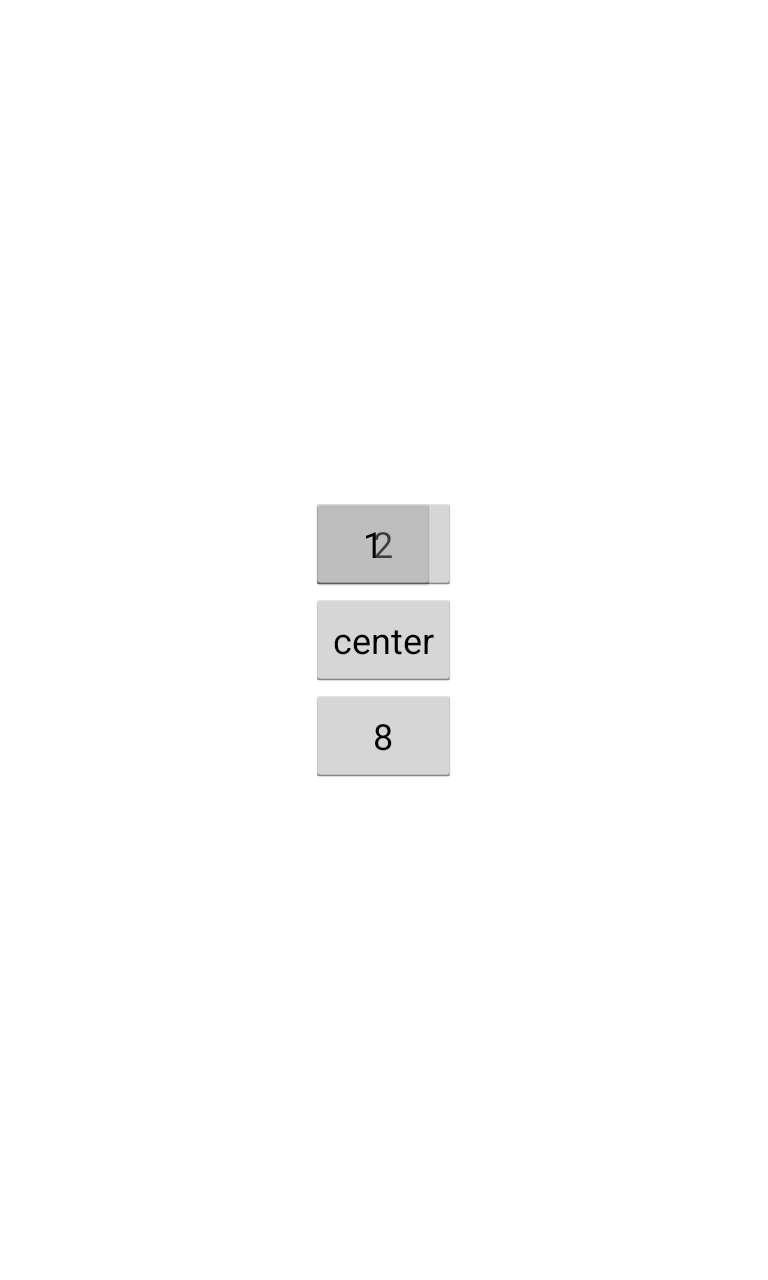
Repository: qwer2714856/Android_learn
Layout: relativeLayoutDeom/res/layout/activity_main.xml
The author's editor kept a copy of each file at every save. The layout is drawn from the files as they stood at one save, then again after the next save.
It is drawn on a 768 x 1280 px phone screen (xhdpi) without system bars, with theme AppTheme; the app's code is not run.

Above is the layout before, as saved 2015-09-29 03:50:23.

After the next save:
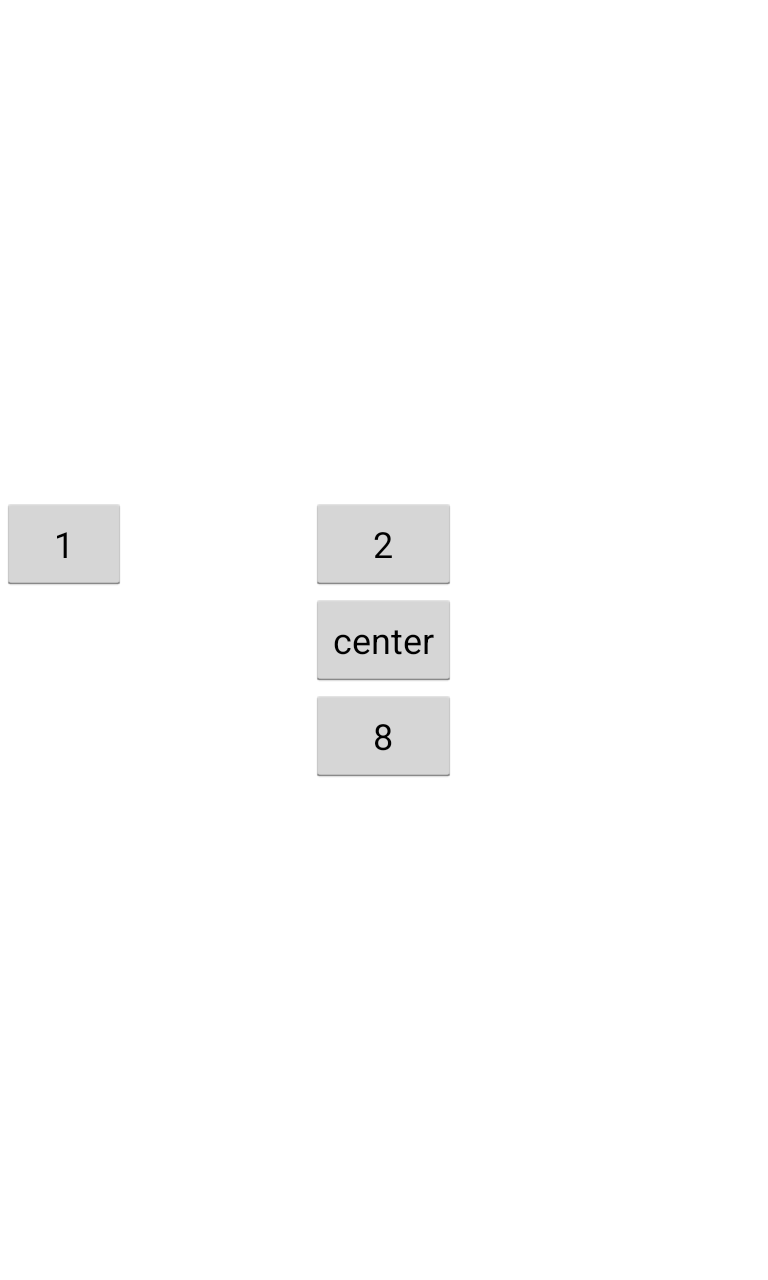
Saved 42 s later.
--- a/relativeLayoutDeom/res/layout/activity_main.xml
+++ b/relativeLayoutDeom/res/layout/activity_main.xml
@@ -42,6 +42,7 @@
         android:id="@+id/a1"
         android:layout_alignLeft="@id/a2"
         android:layout_above="@id/a5"
+        android:layout_alignParentLeft="true"
         />
 
 </RelativeLayout>
